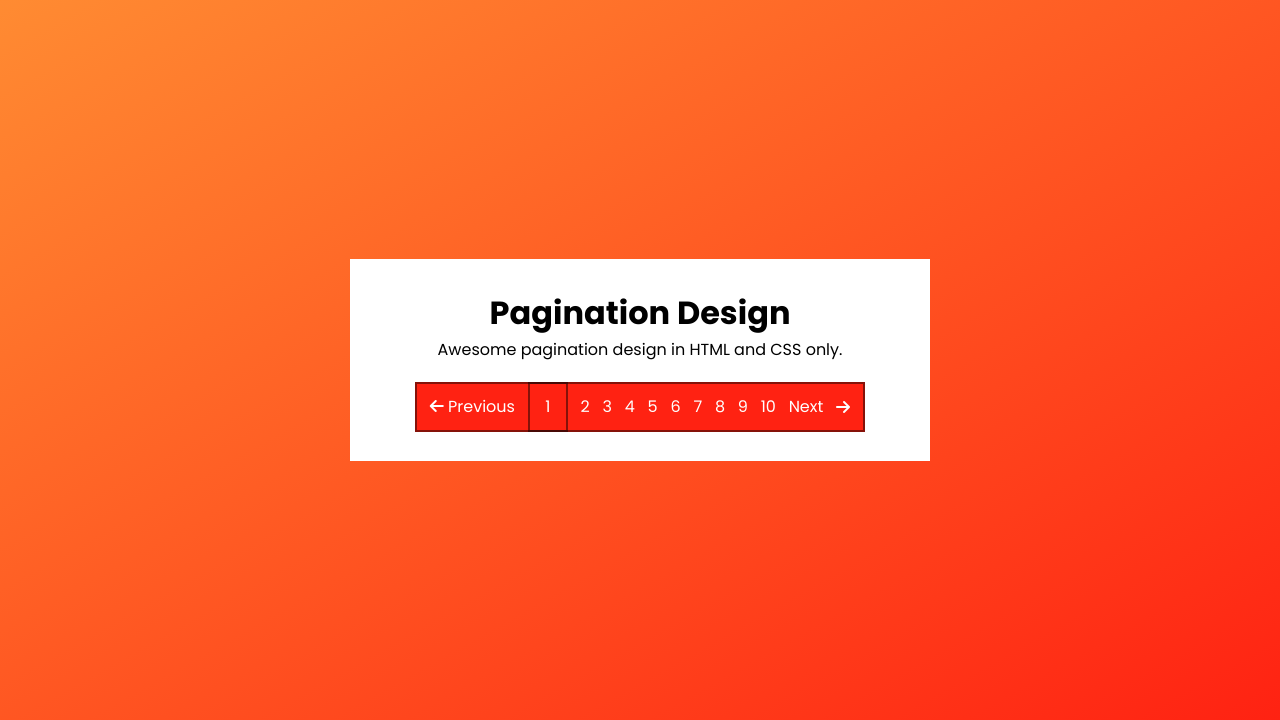
Repository: Ankitkr2021/Awesome-Pagination
Page: index.html
These files come from the project's save history. The page is drawn as it stood at one moment and after the next save; the edit follows.
The browser window is 1280 px wide. The pictures show the whole page.

Above is the page before, as saved 2025-10-02 09:09:08.

After the next save:
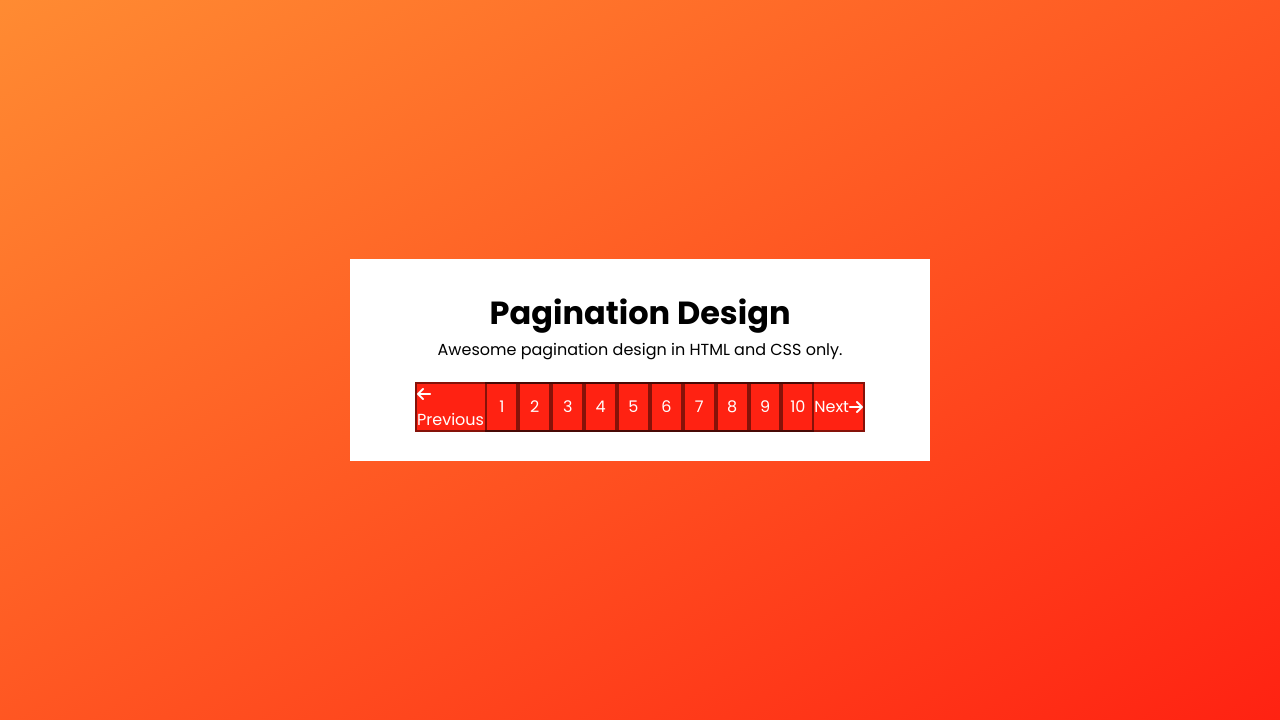
Saved 41 s later.
--- a/index.html
+++ b/index.html
@@ -14,15 +14,15 @@
         <div class="box">
              <div><i class="fas fa-arrow-left"></i> Previous</div>
             <div style="width: 40px;height: 50px; border: 2px solid rgba(0, 0, 0, 0.475);display: flex; justify-content: center; align-items: center;">1</div>
-            <div>2</div>
-            <div>3</div>
-            <div>4</div>
-            <div>5</div>
-            <div>6</div>
-            <div>7</div>
-            <div>8</div>
-            <div>9</div>
-            <div>10</div>
+            <div style="width: 40px;height: 50px; border: 2px solid rgba(0, 0, 0, 0.475);display: flex; justify-content: center; align-items: center;">2</div>
+            <div style="width: 40px;height: 50px; border: 2px solid rgba(0, 0, 0, 0.475);display: flex; justify-content: center; align-items: center;">3</div>
+            <div style="width: 40px;height: 50px; border: 2px solid rgba(0, 0, 0, 0.475);display: flex; justify-content: center; align-items: center;">4</div>
+            <div style="width: 40px;height: 50px; border: 2px solid rgba(0, 0, 0, 0.475);display: flex; justify-content: center; align-items: center;">5</div>
+            <div style="width: 40px;height: 50px; border: 2px solid rgba(0, 0, 0, 0.475);display: flex; justify-content: center; align-items: center;">6</div>
+            <div style="width: 40px;height: 50px; border: 2px solid rgba(0, 0, 0, 0.475);display: flex; justify-content: center; align-items: center;">7</div>
+            <div style="width: 40px;height: 50px; border: 2px solid rgba(0, 0, 0, 0.475);display: flex; justify-content: center; align-items: center;">8</div>
+            <div style="width: 40px;height: 50px; border: 2px solid rgba(0, 0, 0, 0.475);display: flex; justify-content: center; align-items: center;">9</div>
+            <div style="width: 40px;height: 50px; border: 2px solid rgba(0, 0, 0, 0.475);display: flex; justify-content: center; align-items: center;">10</div>
             Next<i class="fas fa-arrow-right"></i>
         </div>
     </div>
